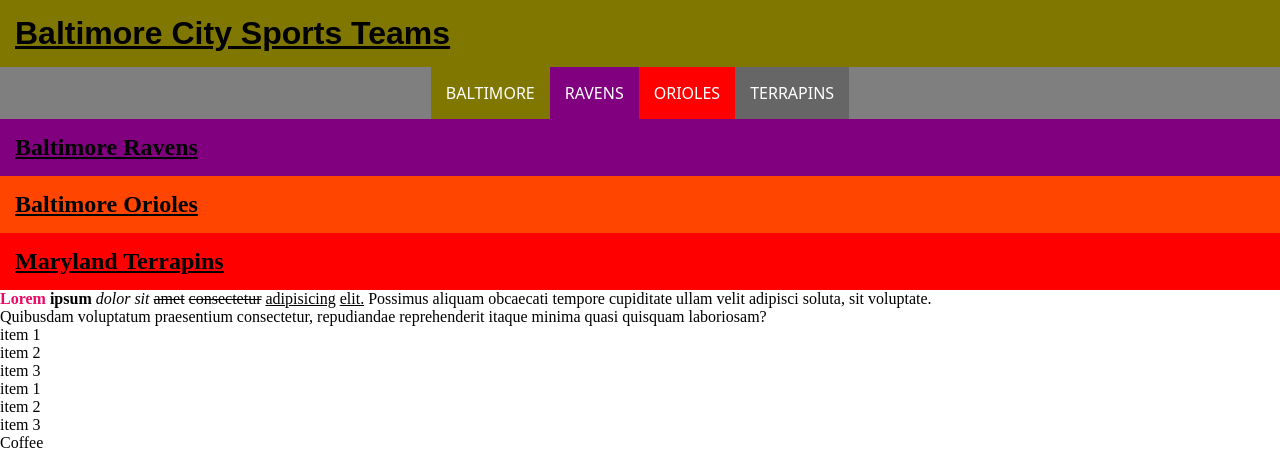
Repository: danilodscosta/CursoHTML
Page: index.html
The author's editor kept a copy of each file at every save. The page is drawn from the files as they stood at one save, then again after the next save.
The browser window is 1280 px wide. The pictures show the part of the page from y = 0 to 452 px (the page is 1042 px tall).
A picture or video elsewhere on the page could not be fetched, so the positions and the page height are approximate.

Above is the page before, as saved 2023-10-25 18:33:24.

After the next save:
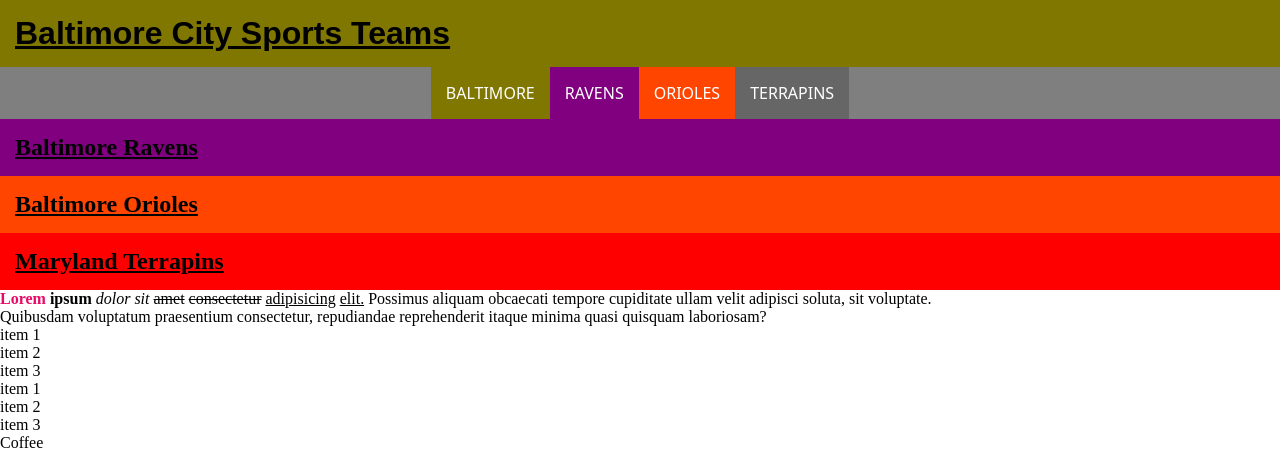
Saved 24 s later.
--- a/index.html
+++ b/index.html
@@ -143,11 +143,11 @@
         }
 
         .oriolesh {
-            background-color: red
+            background-color:orangered
         }
 
         .oriolesh:hover {
-            background: rgb(136, 0, 0)
+            background: rgb(187, 50, 0)
         }
 
         .ravensh {
